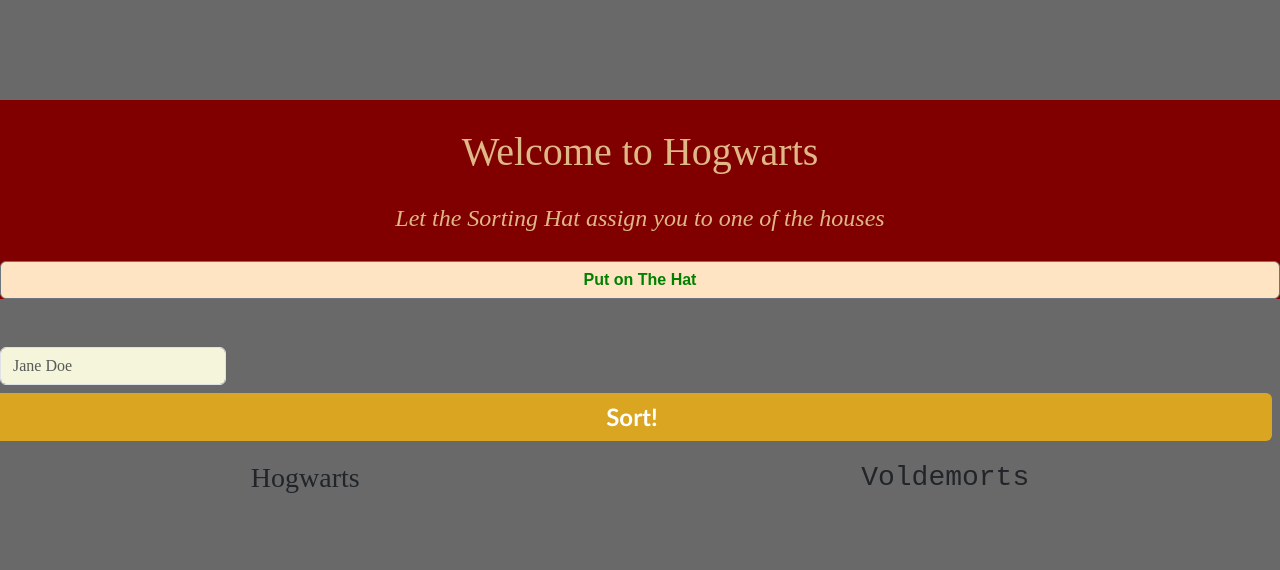
Repository: fernandabenavides618nash/INDIVIDUAL-PROJECT-sorting-hat
Page: index.html
These files come from the project's save history. The page is drawn as it stood at one moment and after the next save; the edit follows.
The browser window is 1280 px wide. The pictures show the whole page.
After loading, the first visible `#startButton` was clicked once.

Above is the page before, as saved 2023-05-05 08:48:54.

After the next save:
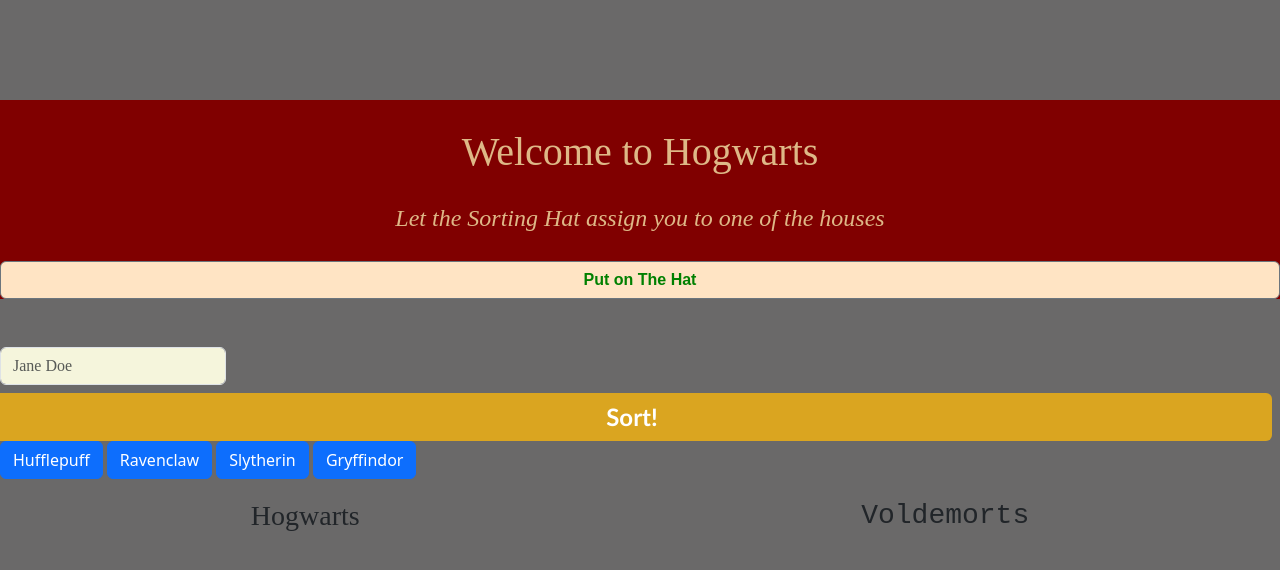
Saved 13 min 48 s later.
--- a/index.html
+++ b/index.html
@@ -10,8 +10,8 @@
 </head>
 <body>
   <div class="intro" id="intro-screen"></div>
+  <div class="form" id="form-div"></div>
   <div class="app" id="app"></div>
-  <div class="form" id="form-div"></div>
   <div class="school" id="school-div"> </div>
   <script src="https://cdn.jsdelivr.net/npm/bootstrap@5.3.0-alpha3/dist/js/bootstrap.bundle.min.js" integrity="sha384-ENjdO4Dr2bkBIFxQpeoTz1HIcje39Wm4jDKdf19U8gI4ddQ3GYNS7NTKfAdVQSZe" crossorigin="anonymous"></script>
   <script src="main.js"></script>
--- a/main.js
+++ b/main.js
@@ -71,11 +71,11 @@
     schoolDiv.addEventListener('click', (e) => {
       moveStudent(e)
     })
+    addRenderToDom('#app', btnFilter)
     const btnSort = document.querySelector("#sort");
     btnSort.addEventListener("click", () => {
       const name = document.querySelector("#name").value;
       createNewStudent(name);
-      addRenderToDom('#app', btnFilter)
     });
   });
 };
